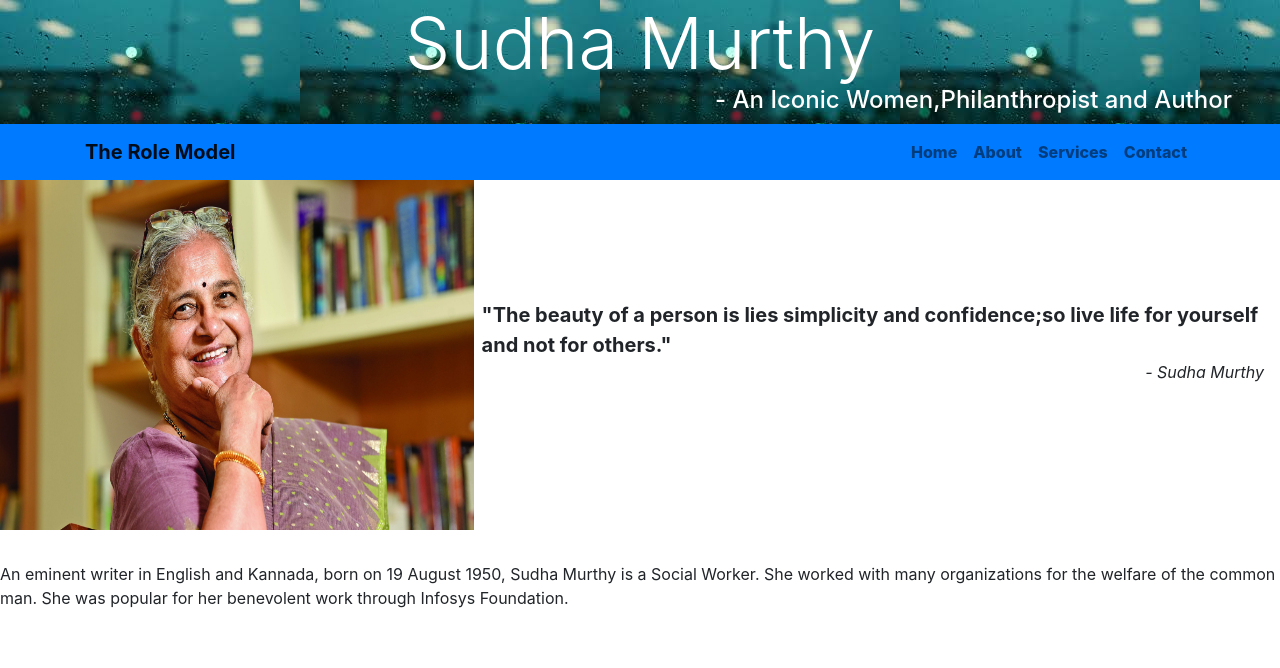
Repository: sumanthr18/RoleModel
Page: index.html
These files come from the project's save history. The page is drawn as it stood at one moment and after the next save; the edit follows.
The browser window is 1280 px wide. The pictures show the whole page.

Above is the page before, as saved 2020-03-14 18:27:05.

After the next save:
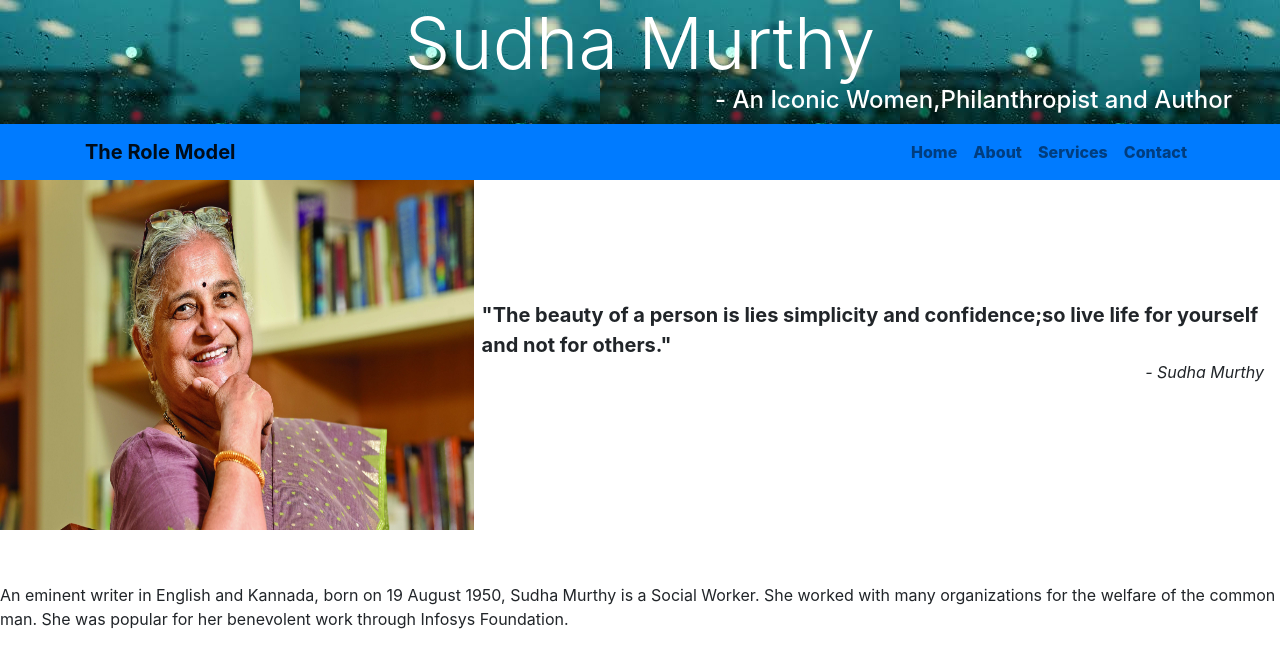
Saved 4 s later.
--- a/index.html
+++ b/index.html
@@ -50,7 +50,7 @@
 </div>
 
 <div>
-    <p><pre></pre>An eminent writer in English and Kannada, born on 19 August 1950, Sudha Murthy is a Social Worker. She worked with many organizations for the welfare of the common man. She was popular for her benevolent work through Infosys Foundation.</p>
+    <p><pre>    </pre>An eminent writer in English and Kannada, born on 19 August 1950, Sudha Murthy is a Social Worker. She worked with many organizations for the welfare of the common man. She was popular for her benevolent work through Infosys Foundation.</p>
 </div>
 
 </body>
